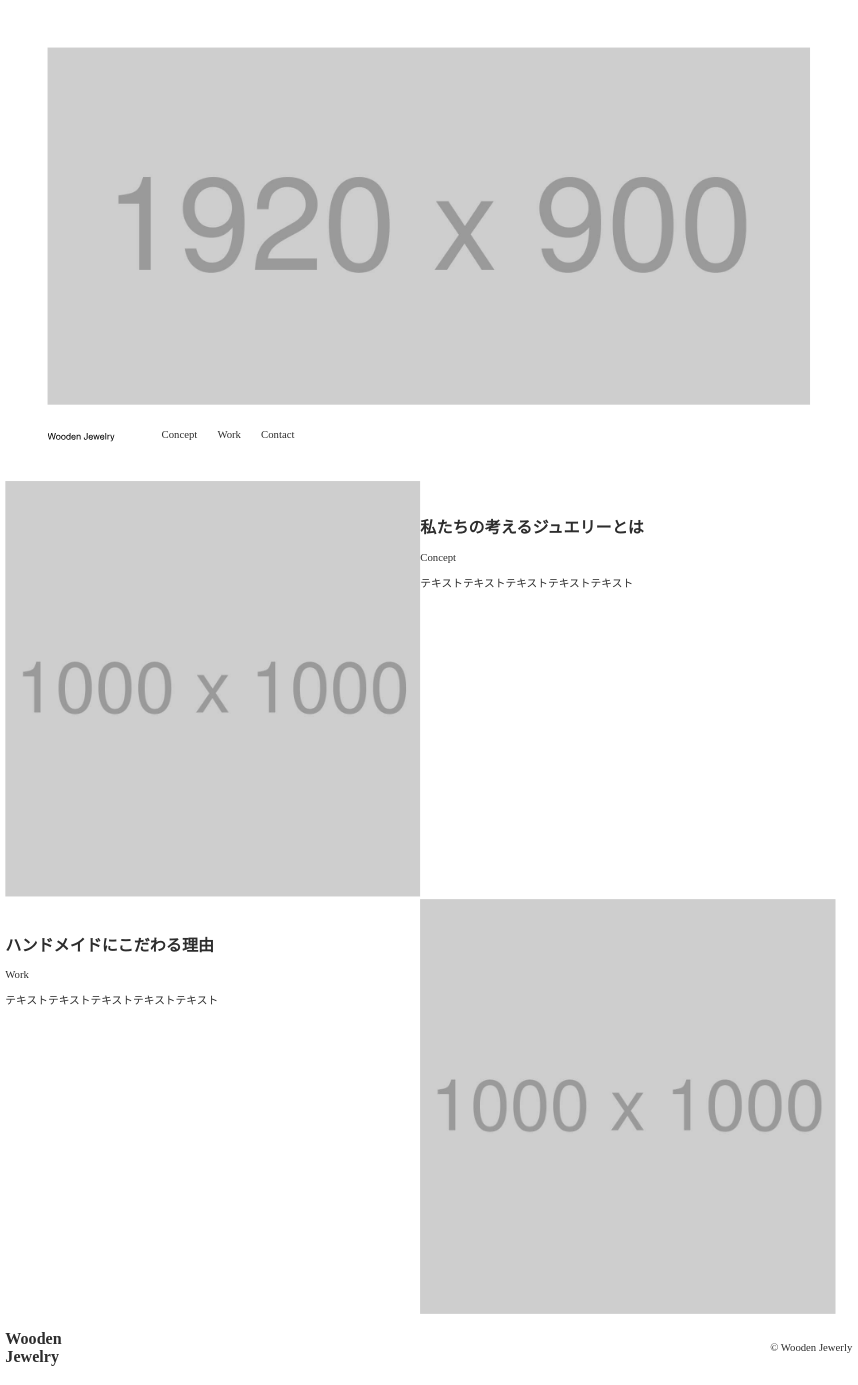
Repository: Fuki-san/jewelry
Page: http://localhost/jewelry
An editor plug-in stored every save of this project. The page is shown before and after the next save, followed by the edit.
The browser window is 1280 px wide. The pictures show the whole page, at 67% of full size.
The page is served by the project's Laravel application, run on PHP 8.4 with Laravel 10.

Above is the page before, as saved 2023-11-26 14:43:15.

After the next save:
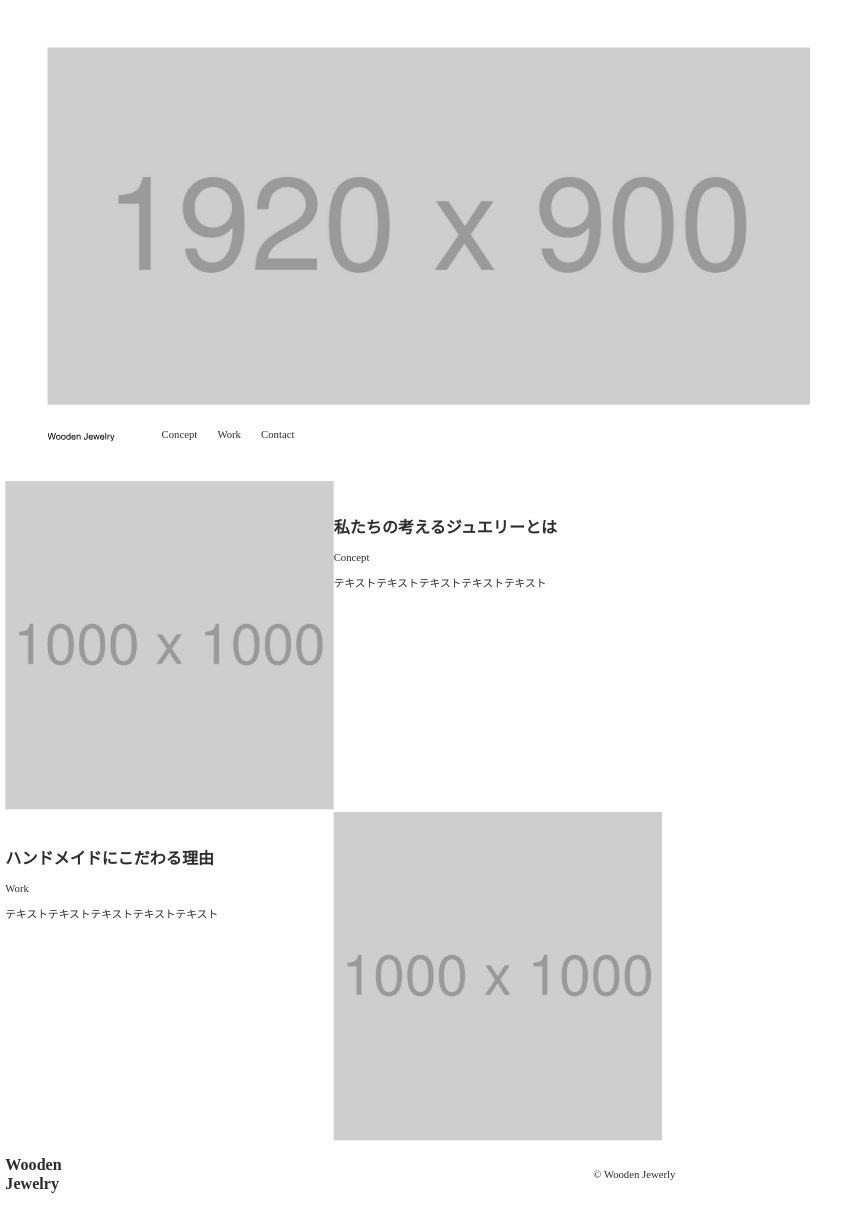
Saved 5 s later.
--- a/public/css/style.css
+++ b/public/css/style.css
@@ -29,7 +29,7 @@ img{
 
 .container{
     /* margin: 0 auto; */
-
+    max-width: 1000px;
 }
 
 .content{
